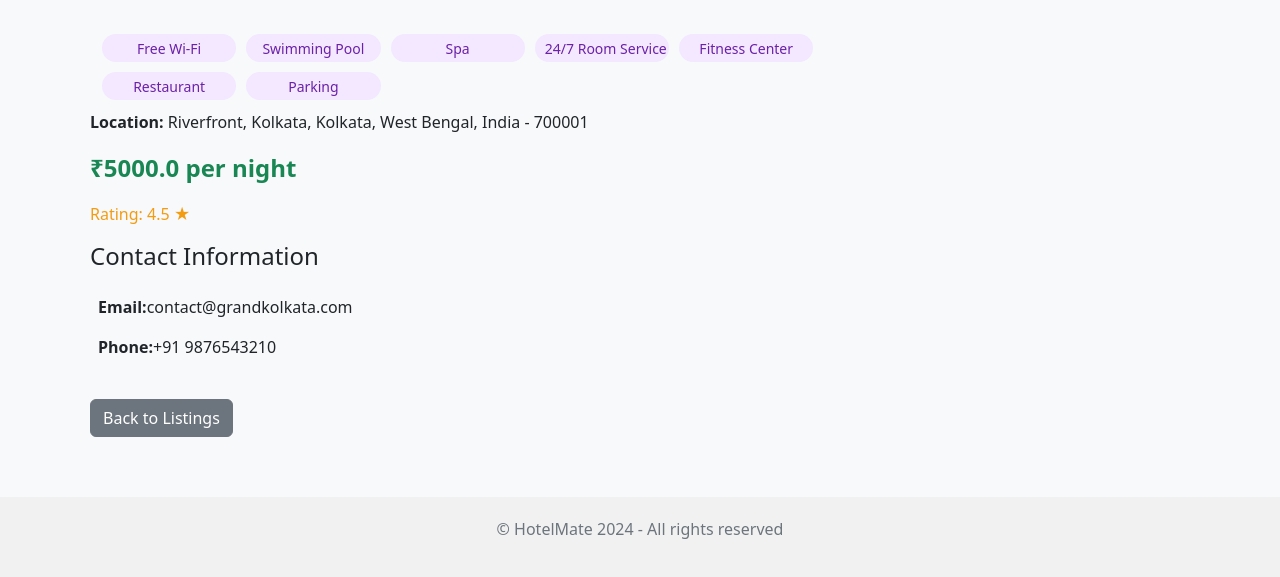
Repository: himanshu2k23/HoteMate
Page: http://localhost/HotelMate/details.jsp
The author's editor kept a copy of each file at every save. The page is drawn from the files as they stood at one save, then again after the next save.
The browser window is 1280 px wide. The pictures show the part of the page from y = 706 to 1293 px (the page is 1283 px tall before and 1293 px after).
The page is served by Tomcat 10. Other server files are loaded and not shown.

Above is the page before, as saved 2025-01-13 19:25:07.

### HotelMate/src/main/webapp/details.jsp
<%@ page contentType="text/html;charset=UTF-8" language="java"%>
<!DOCTYPE html>
<html lang="en">
<head>
<meta charset="UTF-8">
<meta name="viewport" content="width=device-width, initial-scale=1.0">
<title>Hotel Details - HotelMate</title>
<!-- Bootstrap CSS -->
<link
	href="https://cdn.jsdelivr.net/npm/bootstrap@5.3.0/dist/css/bootstrap.min.css"
	rel="stylesheet">
<style>
body {
	background-color: #f8f9fa;
}

.hotel-details-container {
	margin-top: 100px;
	margin-bottom: 40px;
	padding: 20px;
}

.price {
	font-size: 1.5rem;
	font-weight: bold;
	color: #198754;
}

.rating {
	color: #f39c12;
}

.amenities-list {
	display: grid;
	grid-template-columns: repeat(auto-fill, minmax(120px, 1fr));
	gap: 10px;
	margin-left: 2px;
	padding: 10px;
}

.amenities-items {
	white-space: nowrap;
	border-radius: 9999px;
	background-color: #f3e8ff;
	padding: 0.22rem 0.625rem;
	font-size: 0.875rem;
	color: #6b21a8;
	text-align: center;
}

.amenities-list li {
	margin-bottom: 5px;
}

.carousel-item img {
	height: 500px;
	object-fit: cover;
	border-radius: 15px;
}
</style>
</head>
<body>

	<!-- Navbar -->
	<%@ include file="/Components/navbar.jsp"%>
	<%
	// Sample hotel data
	String name = "The Grand Kolkata";
	String description = "A luxurious five-star hotel offering breathtaking views of the river and world-class amenities.";
	String location = "Riverfront, Kolkata";
	String city = "Kolkata";
	String state = "West Bengal";
	String country = "India";
	String zipCode = "700001";
	double pricePerNight = 5000.0;
	float rating = 4.5f;
	String amenities = "Free Wi-Fi, Swimming Pool, Spa, 24/7 Room Service, Fitness Center, Restaurant, Parking";
	String contactEmail = "contact@grandkolkata.com";
	String contactPhone = "+91 9876543210";
	String images = "https://picsum.photos/400/300?random=1, https://picsum.photos/400/300?random=7, https://picsum.photos/400/300?random=8";

	// Split image URLs into an array
	String[] imageUrls = images.split(",");
	%>

	<div class="container hotel-details-container">
		<h2><%=name%></h2>
		<p><%=description%></p>


		<!-- Carousel for Images -->
		<div id="carousel49" class="carousel slide" data-bs-ride="carousel">
			<div class="carousel-inner">
				<%
				for (int i = 0; i < imageUrls.length; i++) {
					String image = imageUrls[i].trim();
				%>
				<div class="carousel-item <%=(i == 0) ? "active" : ""%>">
					<img src="<%=image%>" class="d-block w-100" alt="<%=name%>">
				</div>
				<%
				}
				%>
			</div>
			<%
			if (imageUrls.length > 1) {
			%>
			<button class="carousel-control-prev" type="button"
				data-bs-target="#carousel49" data-bs-slide="prev">
				<span class="carousel-control-prev-icon" aria-hidden="true"></span>
				<span class="visually-hidden">Previous</span>
			</button>
			<button class="carousel-control-next" type="button"
				data-bs-target="#carousel49" data-bs-slide="next">
				<span class="carousel-control-next-icon" aria-hidden="true"></span>
				<span class="visually-hidden">Next</span>
			</button>
			<%
			}
			%>
		</div>

		<!-- Hotel Information -->
		<div class=" mt-4">

			<div class="col-md-8">
				<div class="amenities-list">
					<%
					String[] amenitiesList = amenities.split(",");
					for (String amenity : amenitiesList) {
						amenity = amenity.trim();
					%>
					<span class="amenities-items"> <%=amenity%>
					</span>
					<%
					}
					%>
				</div>


				<p>
					<strong>Location:</strong>
					<%=location%>,
					<%=city%>,
					<%=state%>,
					<%=country%>
					-
					<%=zipCode%></p>
				<p class="price">
					₹<%=pricePerNight%>
					per night
				</p>
				<p class="rating">
					Rating:
					<%=rating%>
					★
				</p>
			</div>

			<div class="col-md-4">
				<h4 class="mb-4">
					<i class="bi bi-person-circle"></i> Contact Information
				</h4>
				<ul class="list-unstyled">
					<li class="d-flex align-items-center mb-3"><i
						class="bi bi-envelope-fill me-2" style="font-size: 1.2rem;"></i> <strong>Email:</strong>
						<%=contactEmail%></li>
					<li class="d-flex align-items-center"><i
						class="bi bi-telephone-fill me-2" style="font-size: 1.2rem;"></i>
						<strong>Phone:</strong> <%=contactPhone%></li>
				</ul>
			</div>

		</div>

		<a href="HotelDataServlet" class="btn btn-secondary mt-4">Back to
			Listings</a>
	</div>

	<!-- Footer -->
	<%@ include file="/Components/footer.jsp"%>

	<!-- Bootstrap JS (Popper.js included) -->
	<script
		src="https://cdn.jsdelivr.net/npm/@popperjs/core@2.11.7/dist/umd/popper.min.js"></script>
	<script
		src="https://cdn.jsdelivr.net/npm/bootstrap@5.3.0/dist/js/bootstrap.min.js"></script>
</body>
</html>

### HotelMate/src/main/webapp/Components/navbar.jsp
<nav class="navbar navbar-expand-lg"
	style="background-color: #343a40; border-radius: 15px; padding: 10px 20px; box-shadow: 0px 4px 12px rgba(0, 0, 0, 0.2); margin: 10px; position: fixed; top: 0px; width: calc(100% - 20px); z-index: 1000;">
	<div class="container-fluid">
		<!-- Logo and Brand Name -->
		<a class="navbar-brand text-light d-flex align-items-center"
			href="index.jsp"> <img
			src="http://localhost:8080/HotelMate/Images/HotelmateLogo.png"
			alt="Logo" width="80" height="60"
			class="d-inline-block align-text-top"> <span
			class="nav-link text-light active">HotelMate</span>
		</a>

		<!-- Toggler button for smaller screens -->
		<button class="navbar-toggler" type="button" data-bs-toggle="collapse"
			data-bs-target="#navbarNav" aria-controls="navbarNav"
			aria-expanded="false" aria-label="Toggle navigation"
			style="border-color: #f8f9fa;">
			<span class="navbar-toggler-icon" style="color: #f8f9fa;"></span>
		</button>

		<!-- Navbar Links -->
		<div class="collapse navbar-collapse" id="navbarNav">

			<script>
				// Scroll functionality
				function scrollToFeatures(event) {
					event.preventDefault();
					localStorage.setItem('scrollToFeatures', 'true');
					window.location.href = "index.jsp";
				}

				function scrollToContact(event) {
					event.preventDefault();
					localStorage.setItem('scrollToContact', 'true');
					window.location.href = "index.jsp";
				}

				// Logic to dynamically toggle login/logout
				window.addEventListener('DOMContentLoaded', () => {
					const navRight = document.querySelector('.navbar-nav.ms-auto');
					navRight.innerHTML = ''; // Clear the default buttons

					if (localStorage.getItem('HasLoggedIn') === 'true') {
						// Show dropdown if logged in
						navRight.innerHTML = `
							<li class="nav-item dropdown">
							<a class="nav-link dropdown-toggle text-light" href="#" id="userDropdown" role="button"
							data-bs-toggle="dropdown" aria-expanded="false">
							<i class="bi bi-person-circle" style="font-size: 2rem;"></i>
						</a>

								<ul class="dropdown-menu dropdown-menu-end" aria-labelledby="userDropdown">
									<li><a class="dropdown-item" href="mybookings.jsp">My Bookings</a></li>
									<li><hr class="dropdown-divider"></li>
									<li><a class="dropdown-item" href="#" onclick="logout()">Logout</a></li>
								</ul>
							</li>
						`;
					} else {
						// Show login and signup if not logged in
						navRight.innerHTML = `
							<li class="nav-item"><a class="nav-link login-btn" href="login.jsp">Login</a></li>
							<li class="nav-item"><a class="nav-link signup-btn" href="signup.jsp">Sign Up</a></li>
						`;
					}
				});

				// Logout function
				function logout() {
					localStorage.removeItem('HasLoggedIn');
					window.location.href = 'index.jsp';
				}
			</script>

			<ul class="navbar-nav me-auto">
				<li class="nav-item"><a
					class="nav-link text-light active hover-effect" aria-current="page"
					href="index.jsp">Home</a></li>
				<li class="nav-item"><a
					class="nav-link text-light hover-effect" href="#"
					onclick="scrollToFeatures(event)">Features</a></li>
				<li class="nav-item"><a
					class="nav-link text-light hover-effect" href="HotelDataServlet">Hotels</a></li>
				<li class="nav-item"><a
					class="nav-link text-light hover-effect" href="#"
					onclick="scrollToContact(event)">Contact Us</a></li>
			</ul>

			<!-- Login/Sign Up or Account Dropdown -->
			<ul class="navbar-nav ms-auto gap-3"></ul>
		</div>
	</div>
</nav>

<style>
.hover-effect {
	transition: color 0.3s ease, background-color 0.3s ease;
}

.hover-effect:hover {
	color: #97CC04 !important;
}

.login-btn, .signup-btn {
	background-color: #97CC04;
	color: #fff;
	border-radius: 5px;
	padding: 8px 15px;
	transition: background-color 0.3s ease;
}

.login-btn:hover, .signup-btn:hover {
	background-color: #76b302;
	color: #fff;
}
</style>

### HotelMate/src/main/webapp/Components/footer.jsp
<style>
.footer {
	padding: 20px 0;
	background-color: #f1f1f1;
	text-align: center;
}
</style>

<div class='footer' id="footer">
	<p class="text-center text-secondary">© HotelMate 2024 - All
		rights reserved</p>
</div>

After the next save:
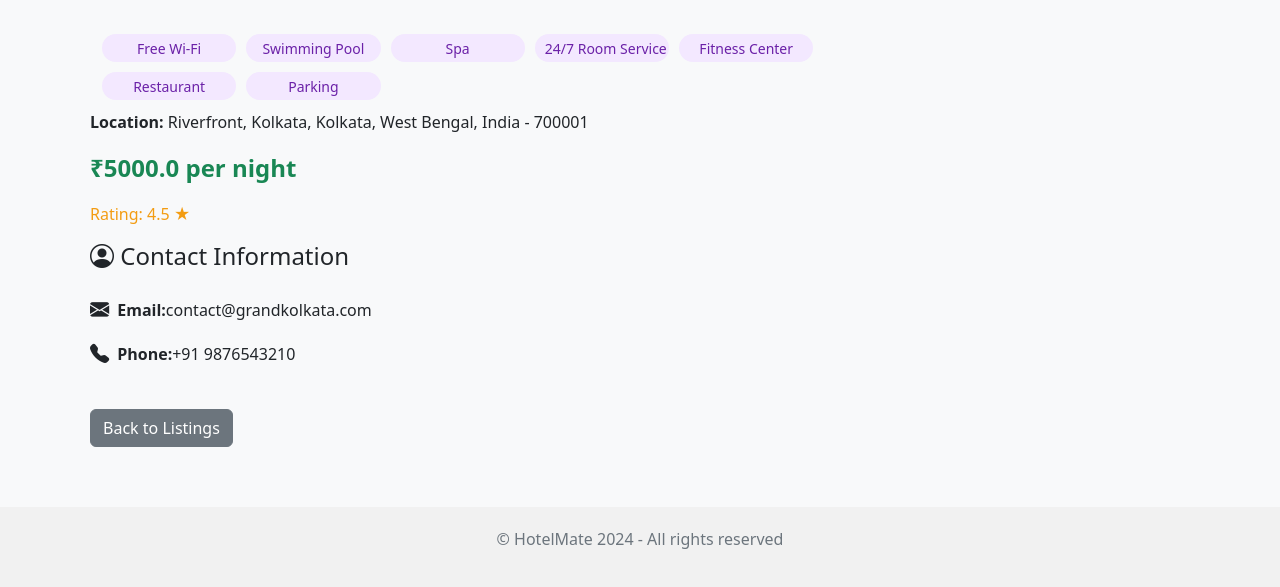
Saved 31 s later.
--- a/HotelMate/src/main/webapp/details.jsp
+++ b/HotelMate/src/main/webapp/details.jsp
@@ -9,6 +9,10 @@
 <link
 	href="https://cdn.jsdelivr.net/npm/bootstrap@5.3.0/dist/css/bootstrap.min.css"
 	rel="stylesheet">
+<link
+	href="https://cdn.jsdelivr.net/npm/bootstrap-icons/font/bootstrap-icons.css"
+	rel="stylesheet">
+
 <style>
 body {
 	background-color: #f8f9fa;
